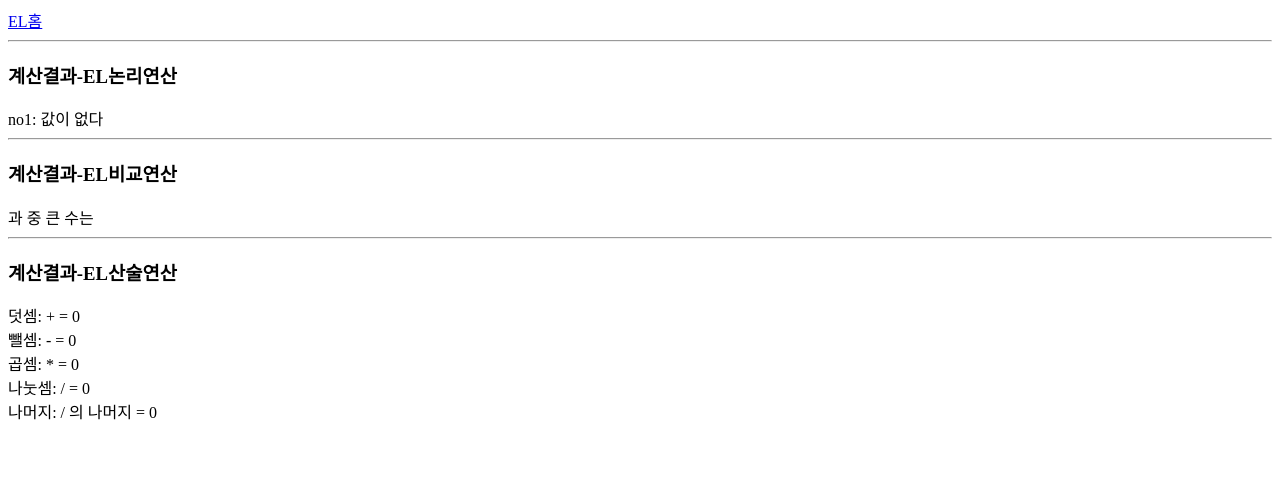
Repository: linklifejo/study_web
Page: http://localhost/servlet02/el/calculator_result.jsp
The author's editor kept a copy of each file at every save. The page is drawn from the files as they stood at one save, then again after the next save.
The browser window is 1280 px wide. The pictures show the whole page.
The page is served by Tomcat 9.

Above is the page before, as saved 2023-02-07 02:09:07.

After the next save:
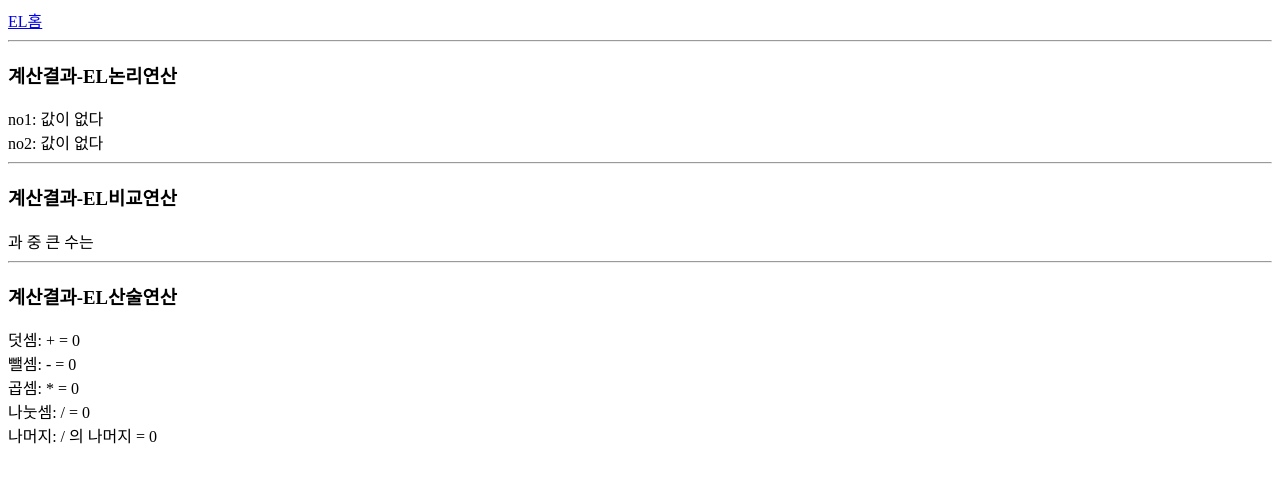
Saved 44 s later.
--- a/servlet02/src/main/webapp/el/calculator_result.jsp
+++ b/servlet02/src/main/webapp/el/calculator_result.jsp
@@ -11,6 +11,7 @@
 <hr>
 <h3>계산결과-EL논리연산</h3>
 <div>no1: 값이 ${empty param.no1 ? '없다' : '있다'} </div>
+<div>no2: 값이 ${! empty param.no2 ? '있다' : '없다'} </div>
 
 <hr>
 <h3>계산결과-EL비교연산</h3>
